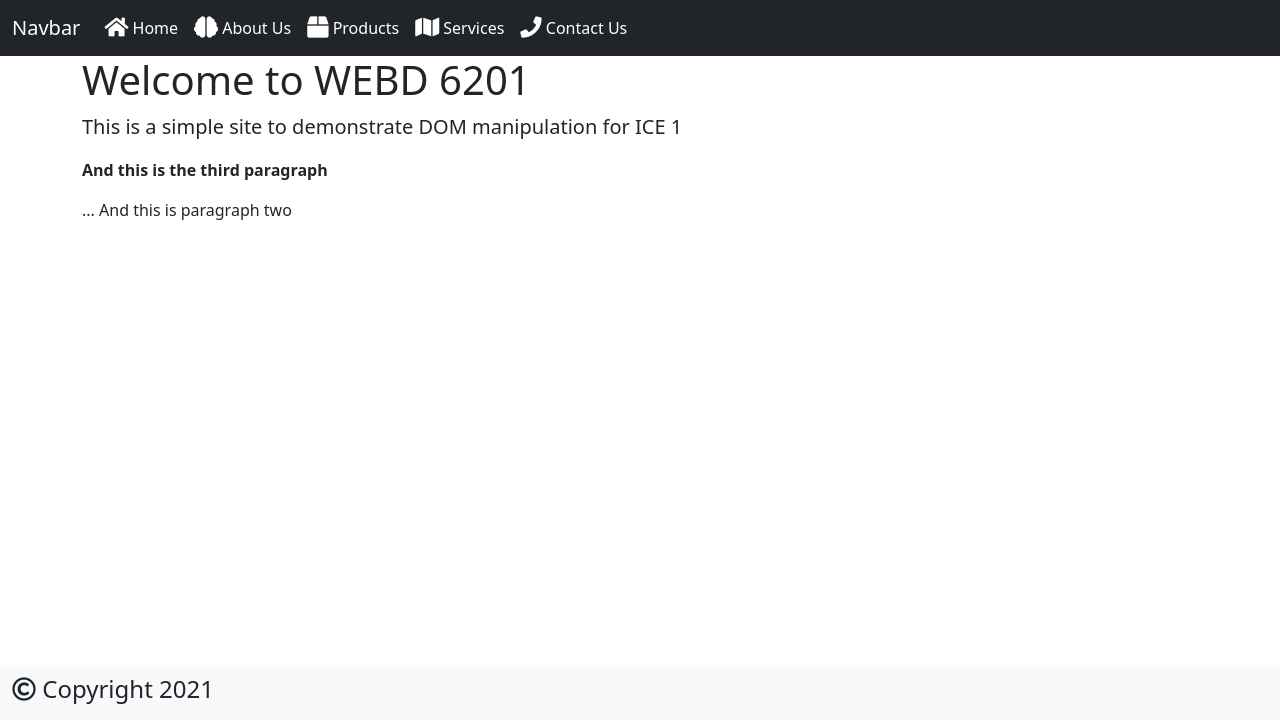
Repository: AshokSasi/WEBD6201-Week3
Page: index.html
These files come from the project's save history. The page is drawn as it stood at one moment and after the next save; the edit follows.
The browser window is 1280 px wide. The pictures show the whole page.

Above is the page before, as saved 2021-01-21 09:27:06.

### index.html
<!DOCTYPE html>
<html lang="en">
<head>
    <meta charset="UTF-8">
    <meta name="viewport" content="width=device-width, initial-scale=1.0">
    <title>WEBD6201 - W2021 - ICE 1</title>
    <!-- CSS Section-->
    <link rel="stylesheet" href="./Content/app.css">
    <link rel="stylesheet" href="./node_modules/bootstrap/dist/css/bootstrap.min.css">
    <link rel="stylesheet" href="./node_modules/@fortawesome/fontawesome-free/css/all.min.css">
</head>
<body>
    <header>
        <nav class="navbar navbar-expand-lg navbar-dark bg-dark">
            <div class="container-fluid">
              <a class="navbar-brand" href="#">Navbar</a>
              <button class="navbar-toggler" type="button" data-bs-toggle="collapse" data-bs-target="#navbarSupportedContent" aria-controls="navbarSupportedContent" aria-expanded="false" aria-label="Toggle navigation">
                <span class="navbar-toggler-icon"></span>
              </button>
              <div class="collapse navbar-collapse" id="navbarSupportedContent">
                <ul class="navbar-nav me-auto mb-2 mb-lg-0">
                  <li class="nav-item">
                    <a class="nav-link active" aria-current="page" href="#"><i class="fas fa-home fa-lg"></i> Home</a>
                  </li>
                  <li class="nav-item">
                    <a class="nav-link active" aria-current="page" href="#"><i class="fas fa-brain fa-lg"></i> About Us</a>
                  </li>
                  <li class="nav-item">
                    <a class="nav-link active" aria-current="page" href="#"><i class="fas fa-box fa-lg"></i> Products</a>
                  </li>
                  <li class="nav-item">
                    <a class="nav-link active" aria-current="page" href="#"><i class="fas fa-map fa-lg"></i> Services</a>
                  </li>
                  <li class="nav-item">
                    <a class="nav-link active" aria-current="page" href="#"><i class="fas fa-phone fa-lg"></i> Contact Us</a>
                  </li>
                </ul>

              </div>
            </div>
          </nav>
    </header>

    <main class="container">
        <h1>Welcome to WEBD 6201</h1>

        <p id="paragraphOne"></p>
    </main>

    <!--Footer Nav -->
    <footer>
        <nav class="navbar fixed-bottom navbar-light bg-light">
            <div class="container-fluid">
              <h4><i class="far fa-copyright"></i> Copyright 2021</h4>
            </div>
          </nav>
    </footer>

    <!--Javascript section-->
    <script src="./Scripts/app.js"></script>
    <script src="./node_modules/jquery/dist/jquery.min.js"></script>
    <script src="./node_modules/bootstrap/dist/js/bootstrap.bundle.min.js"></script>
</body>
</html>

### Scripts/app.js

//IIFE Immediately Function Expression
//AKA - Anonymous Self- Executing Function
//Closure - Limits scop leak

"use strict";

(function()
{
    function Start()
    {
        console.log("App started ...");
        let paragraphOneText = "This is a simple site to demonstrate DOM manipulation for ICE 1";

        let paragraphOneElement = document.getElementById("paragraphOne");

        paragraphOneElement.textContent= paragraphOneText;
        paragraphOneElement.className="fs-5";

        // Step 1: document.createElement
        let newParagraph  = document.createElement("p");
        // Step 2: Configure the element
        newParagraph.setAttribute("id","paragraphTwo");
        newParagraph.textContent = "... And this is paragraph two";
        // Step 3: Select the parent element
        let mainContent = document.getElementsByTagName("main")[0];
        // Step4: Add/Insert the element
        mainContent.appendChild(newParagraph);

        newParagraph.className = "fs-6";

        //another way of injecting content
       let paragraphDiv = document.createElement("div");
       let paragraphThree= `<p id="paragraphThree" class="fs-7 fw-bold">And this is the third paragraph</p>`;
        paragraphDiv.innerHTML = paragraphThree;

        //insertion
        newParagraph.before(paragraphDiv)

    }
    window.addEventListener("load", Start);
})();

Loaded but not shown: node_modules/bootstrap/dist/css/bootstrap.min.css (library); node_modules/@fortawesome/fontawesome-free/css/all.min.css (library); node_modules/jquery/dist/jquery.min.js (library); node_modules/bootstrap/dist/js/bootstrap.bundle.min.js (library); Content/app.css (no stored copy; drawn as an empty file)

After the next save:
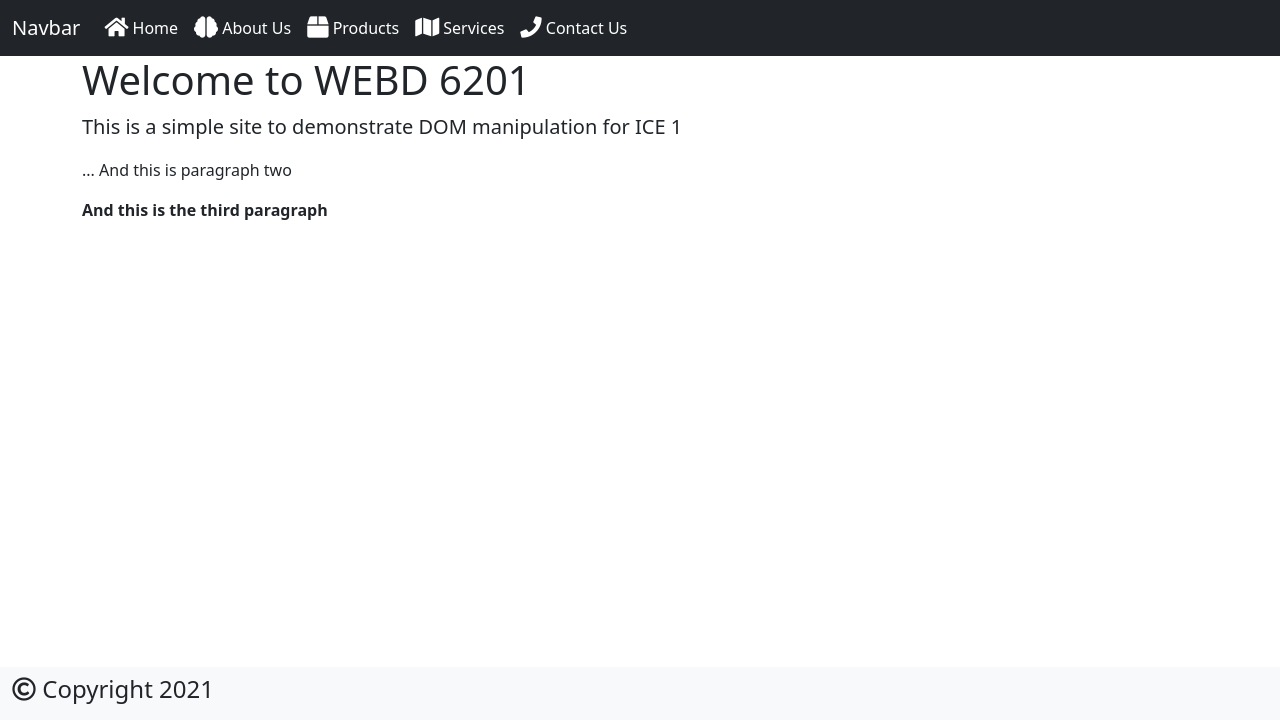
Saved 74 s later.
--- a/Scripts/app.js
+++ b/Scripts/app.js
@@ -34,8 +34,11 @@
        let paragraphThree= `<p id="paragraphThree" class="fs-7 fw-bold">And this is the third paragraph</p>`;
         paragraphDiv.innerHTML = paragraphThree;
 
-        //insertion
-        newParagraph.before(paragraphDiv)
+        //example of inserting before a node.
+      //  newParagraph.before(paragraphDiv)
+
+      //example of inserting after a node.
+      newParagraph.after(paragraphDiv);
 
     }
     window.addEventListener("load", Start);
